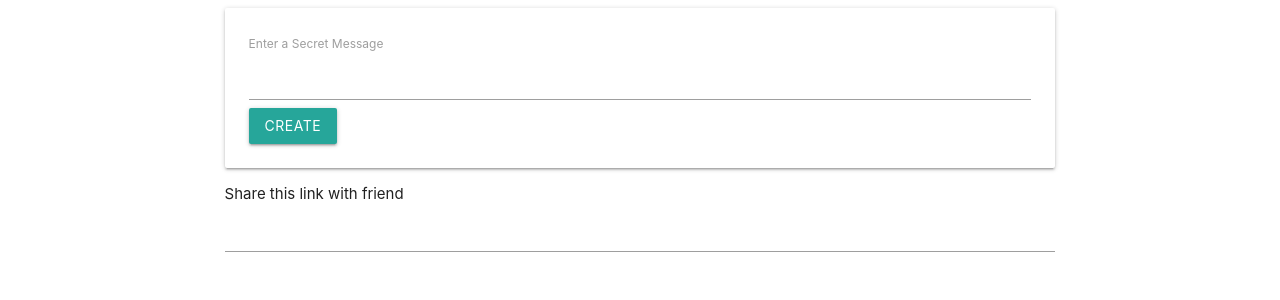
Repository: zhapar/JS-Bootcamp
Page: 4. Secret message/index.html
The author's editor kept a copy of each file at every save. The page is drawn from the files as they stood at one save, then again after the next save.
The browser window is 1280 px wide. The pictures show the whole page.

Above is the page before, as saved 2020-07-21 16:30:43.

After the next save:
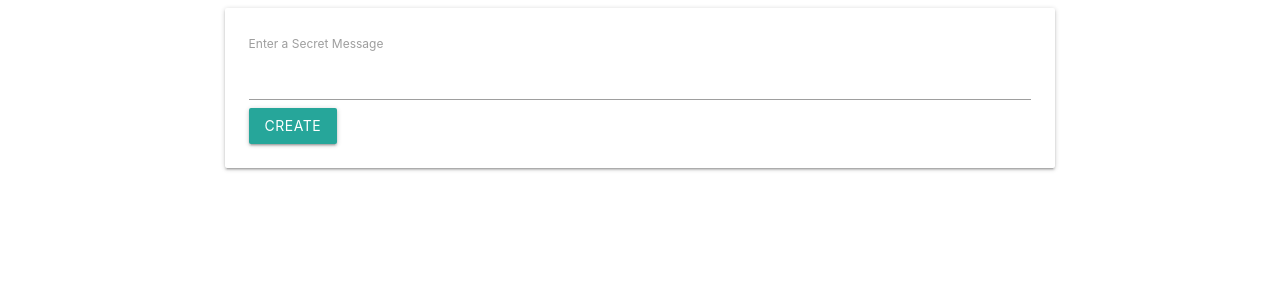
Saved 20 min 5 s later.
--- a/4. Secret message/index.html
+++ b/4. Secret message/index.html
@@ -16,7 +16,7 @@
   <body>
     <div class="row">
       <div class="col s8 offset-s2">
-        <div class="card-panel">
+        <div id="message-form" class="card-panel">
           <form>
             <label for="message">Enter a Secret Message</label>
             <input type="text" id="message-input" />
@@ -24,9 +24,11 @@
           </form>
         </div>
 
-        <div>
-          Share this link with friend
-          <input type="text" id="link-input" />
+        <div id="link-form" class="card-panel hide">
+          <div>
+            Share this link with friend
+            <input type="text" id="link-input" />
+          </div>
         </div>
       </div>
     </div>
